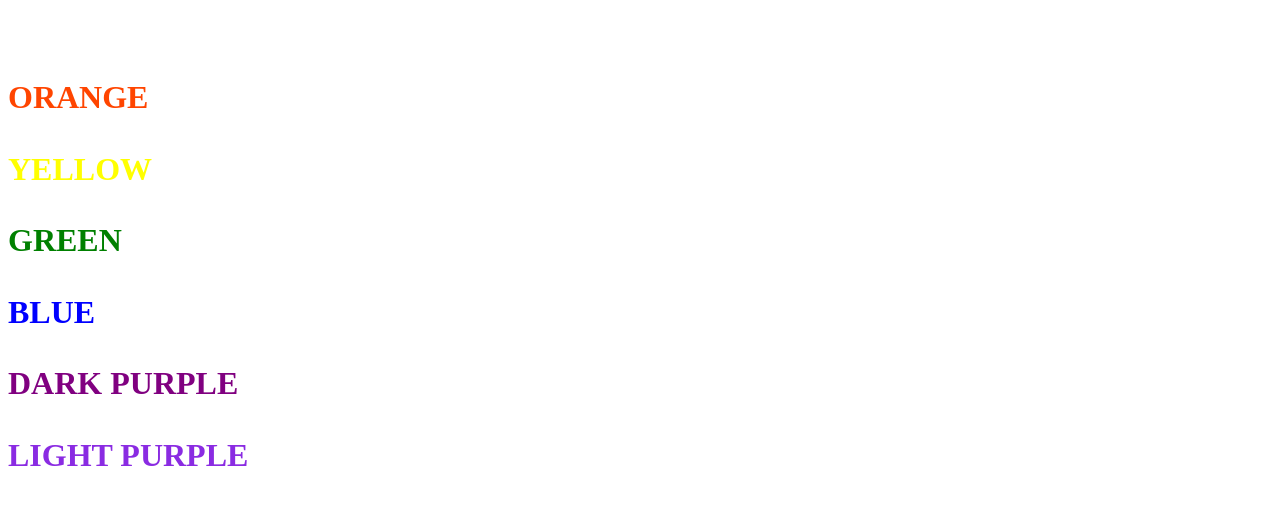
Repository: W3asl3y/IWA-challenges
Page: Interactive Rainbow Challenge/index.html
The author's editor kept a copy of each file at every save. The page is drawn from the files as they stood at one save, then again after the next save.
The browser window is 1280 px wide. The pictures show the whole page.

Above is the page before, as saved 2023-02-01 08:27:26.
Console error: TypeError: redDiv.appendChild is not a function

### Interactive Rainbow Challenge/index.html
<!DOCTYPE html>

<html>
    <head>
        <meta charset="utf-8">
        <meta http-equiv="X-UA-Compatible" content="IE=edge">
        <title></title>
        <meta name="description" content="">
        <meta name="viewport" content="width=device-width, initial-scale=1">
        <link rel="stylesheet" href="css/stylesheet.css">
    </head>
    <body>
        <div class="container" id="redBg" onclick="redDiv()">


        </div>

        <div class="container" id="orangeBg"  onclick="">
            <h1 style="color: orangered;">
                ORANGE
            </h1>

        </div>

        <div class="container" id="yellowBg" onclick="">
            <h1 style="color: yellow;">
                YELLOW
            </h1>

        </div>

        <div class="container" id="greenBg" onclick="">
            <h1 style="color: green;">
                GREEN
            </h1>

        </div>

        <div class="container" id="blueBg" onclick="">
            <h1 style="color: blue;">
                BLUE
            </h1>

        </div>

        <div class="container" id="darkPurpleBg" onclick="">
            <h1 style="color: purple;">
                DARK PURPLE
            </h1>

        </div>

        <div class="container" id="lightPurpleBg" onclick="">
            <h1 style="color: blueviolet;">
                LIGHT PURPLE
            </h1>

        </div>

        <script src="javascript/script.js"></script>
    </body>
</html>

### Interactive Rainbow Challenge/css/stylesheet.css
.container {
    width: 100%;
    height: 50px;
    align-items: center;
    justify-content: center;
    background: #ffffff;

}

### Interactive Rainbow Challenge/javascript/script.js
var redDivText = document.createElement("redDiv");
redDivText.innerHTML = 'RED';
redDiv.appendChild(redDivText);

function redDiv(){
    var e = document.getElementById("redBg");
    var c = window.getComputedStyle(e).backgroundColor;
    if (c === "rgb(255, 255, 255)") {
        document.getElementById("redBg").style.background = "#ff0000";
    }
    else{
        document.getElementById("redBg").style.background = "#ffffff";
    }

    }



    //var redDiv = document.getElementById("redBg","redT").innerHTML;
    //redDiv.onclick = function(){
       // redDiv.style.backgroundColor = "red";



       /* change the color of a div by clicking on text inside div */
var colorDiv = document.createElement('div');
colorDiv.style.width = '100px';
colorDiv.style.height = '100px';
colorDiv.style.backgroundColor = 'red';
document.body.appendChild(colorDiv);
var colorDivText = document.createElement('div');
colorDivText.innerHTML = 'Click me to change the color of the box';
colorDiv.appendChild(colorDivText);
colorDiv.addEventListener('click', function() {
  colorDiv.style.backgroundColor = 'blue';
});

After the next save:
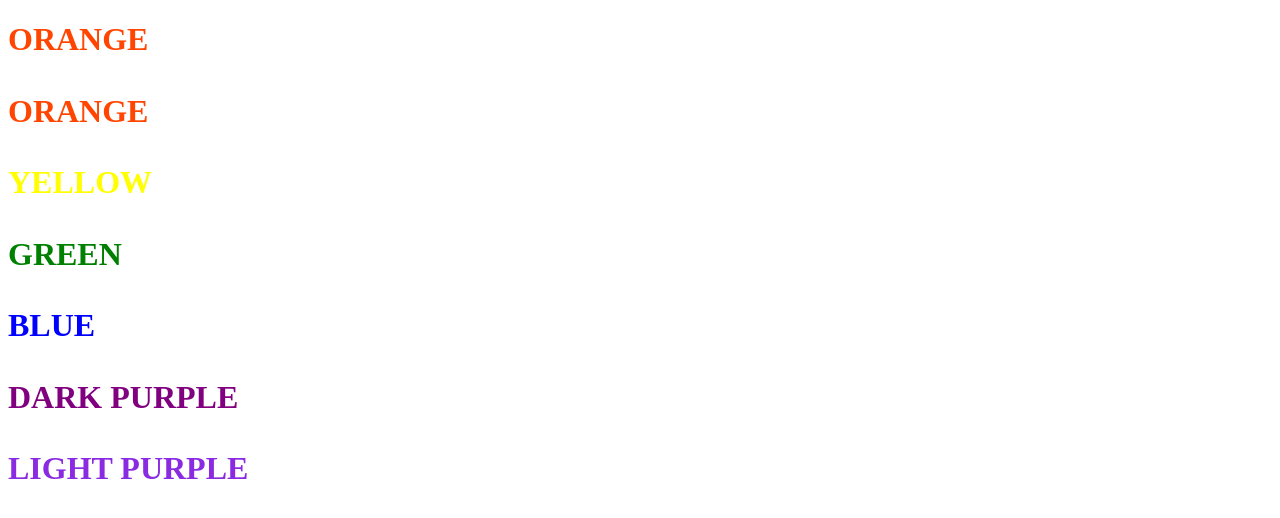
Saved 83 s later.
--- a/Interactive Rainbow Challenge/index.html
+++ b/Interactive Rainbow Challenge/index.html
@@ -11,7 +11,9 @@
     </head>
     <body>
         <div class="container" id="redBg" onclick="redDiv()">
-
+            <h1 style="color: orangered;">
+                ORANGE
+            </h1>
 
         </div>
 
